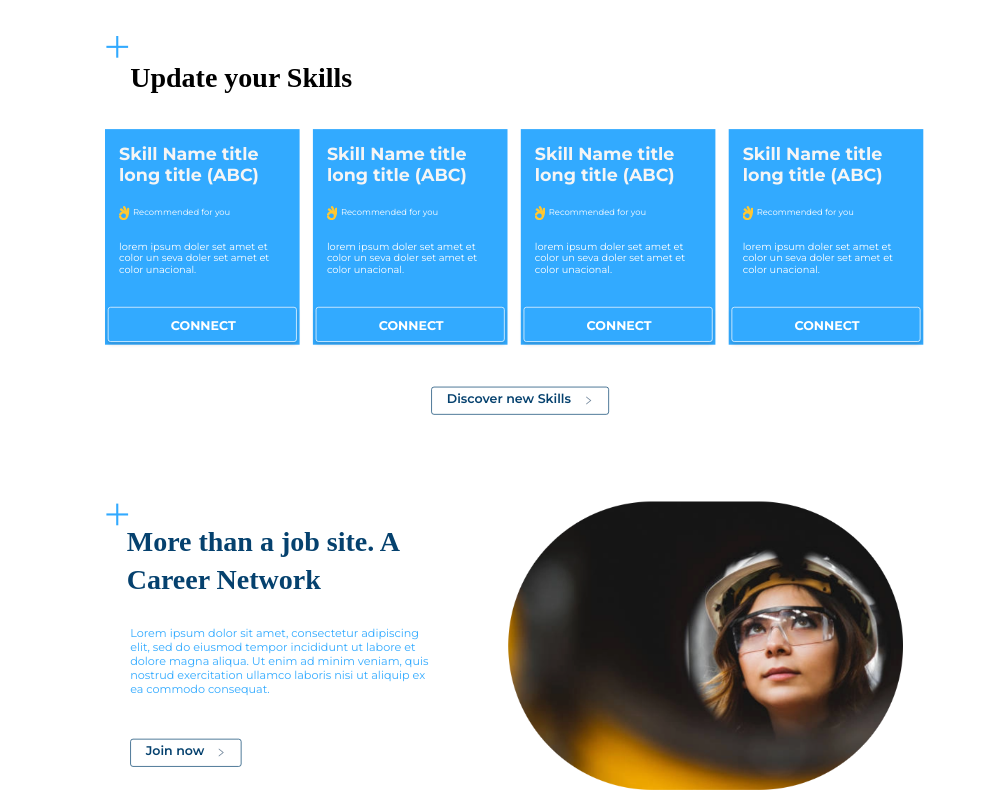
Repository: shekharyadav638/OSL_Assignment_1
Page: index.html
The author's editor kept a copy of each file at every save. The page is drawn from the files as they stood at one save, then again after the next save.
The browser window is 1280 px wide. The page is 1440 px wide, so the pictures cover 1440 px, including what lies to the right of the window. The pictures show the part of the page from y = 2949 to 4669 px (the page is 4077 px tall before and 4669 px after), at 70% of full size.
The style sheet was rebuilt from its Sass, Less or Tailwind sources for each picture, by a compiler version that may differ from the author's.

Above is the page before, as saved 2024-07-14 22:56:53.

After the next save:
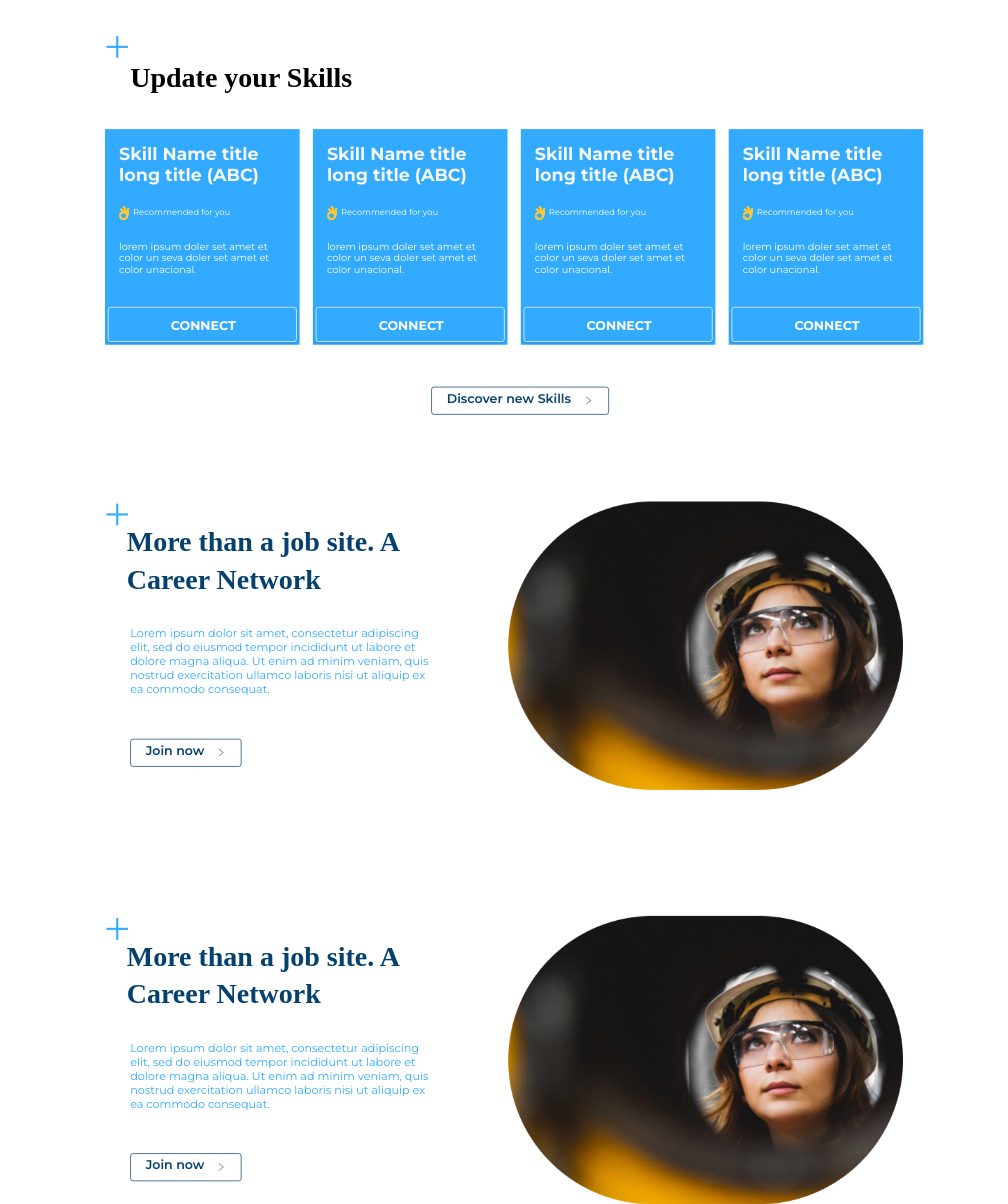
Saved 57 s later.
--- a/index.html
+++ b/index.html
@@ -284,5 +284,36 @@
         <img src="img/career.png" alt="career" />
       </div>
     </section>
+    <section class="career">
+      <div class="career_left">
+        <div class="career_left_top">
+          <div class="career_left_top_icon">
+            <img src="img/plus_icon.svg" alt="plus_icon" />
+          </div>
+          <div class="career_left_top_heading">
+            More than a job site. A Career Network
+          </div>
+        </div>
+        <div class="career_left_para">
+          <p>
+            Lorem ipsum dolor sit amet, consectetur adipiscing elit, sed do
+            eiusmod tempor incididunt ut labore et dolore magna aliqua. Ut enim
+            ad minim veniam, quis nostrud exercitation ullamco laboris nisi ut
+            aliquip ex ea commodo consequat.
+          </p>
+        </div>
+        <div class="career_left_btn">
+          <button>
+            <div class="career_left_btn_text">Join now</div>
+            <div class="career_left_btn_icon">
+              <img src="img/right_arrow.svg" alt="arrow" />
+            </div>
+          </button>
+        </div>
+      </div>
+      <div class="career_right">
+        <img src="img/career.png" alt="career" />
+      </div>
+    </section>
   </body>
 </html>
